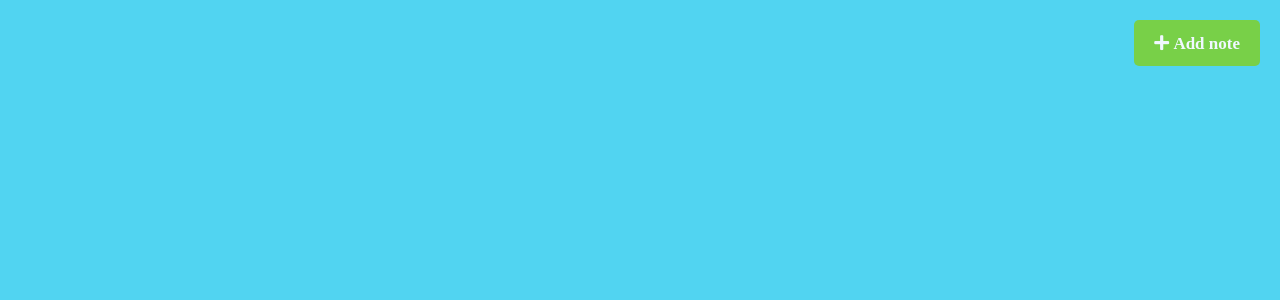
Repository: northpx/noteslist
Page: index.html
These files come from the project's save history. The page is drawn as it stood at one moment and after the next save; the edit follows.
The browser window is 1280 px wide. The pictures show the whole page.
Some web libraries are served in a nearby version.

Above is the page before, as saved 2023-01-08 09:37:12.

### index.html
<!DOCTYPE html>
<html lang="en">
<head>
    <meta charset="UTF-8">
    <meta http-equiv="X-UA-Compatible" content="IE=edge">
    <meta name="viewport" content="width=device-width, initial-scale=1.0">
    <link rel="stylesheet" href="https://cdnjs.cloudflare.com/ajax/libs/font-awesome/5.14.0/css/all.min.css"
    integrity="sha512-1PKOgIY59xJ8Co8+NE6FZ+LOAZKjy+KY8iq0G4B3CyeY6wYHN3yt9PW0XpSriVlkMXe40PTKnXrLnZ9+fkDaog=="
    crossorigin="anonymous" />
    <link rel="stylesheet" href="style.css">
    <title>Notes List</title>
</head>
<body>
    <button class="add" onclick="addNewNote()">
        <i class="fas fa-plus"> Add note</i>
    </button>
    <script src="script.js"></script>
</body>
</html>

### style.css
@import url('https://fonts.googleapis.com/css2?family=Poppins:ital,wght@0,200;0,300;0,400;0,500;0,600;0,700;0,800;0,900;1,200;1,300;1,400;1,500;1,600;1,700;1,800;1,900&family=Roboto:ital,wght@0,100;0,300;0,400;0,500;0,700;0,900;1,100;1,300;1,400;1,500;1,700;1,900&display=swap');

*{
    margin: 0;
    padding: 0;
    box-sizing: border-box;
    font-family: 'Poppins';
}
body{
    background-color: rgba(22, 198, 237, 0.747);
    display: flex;
    flex-wrap: wrap;
    padding: 100px 0px;
}

.add{
    position: fixed;
    top: 20px;
    right: 20px;
    background-color: rgb(120, 208, 72);
    border: none;
    color: aliceblue;
    border-radius: 5px;
    padding: 10px 20px;
    cursor: pointer;
    font-size: 17px;
    font-weight: 500;
}

### script.js
"use strict"
const addBtn = document.querySelector(".add")
function addNewNote(text='') {
    const note = document.createElement('div')
    note.classList.add('note')
}

After the next save:
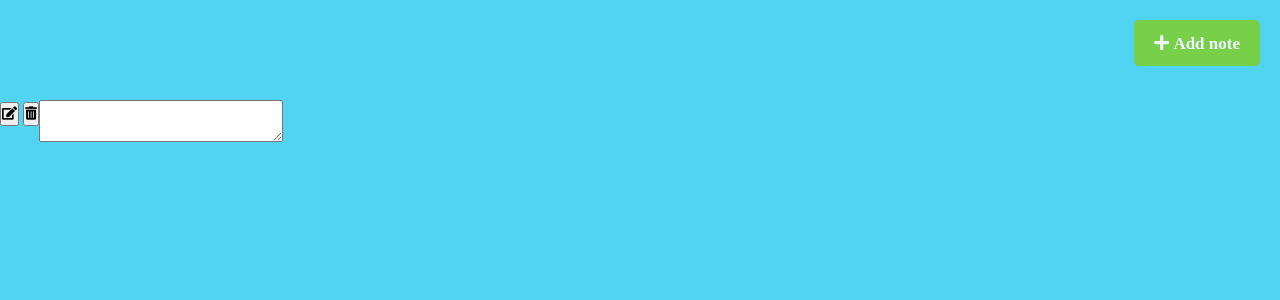
Saved 36 s later.
--- a/index.html
+++ b/index.html
@@ -14,6 +14,12 @@
     <button class="add" onclick="addNewNote()">
         <i class="fas fa-plus"> Add note</i>
     </button>
+    <div class="tools">
+        <button class="edit"><i class="fas fa-edit"></i></button>
+        <button class="delete"><i class="fas fa-trash-alt"></i></button>
+    </div>
+    <div class="main ${text ? "" : "hidden"}"></div>
+    <textarea class="${text ? "hidden" : ""}"></textarea>
     <script src="script.js"></script>
 </body>
 </html>
